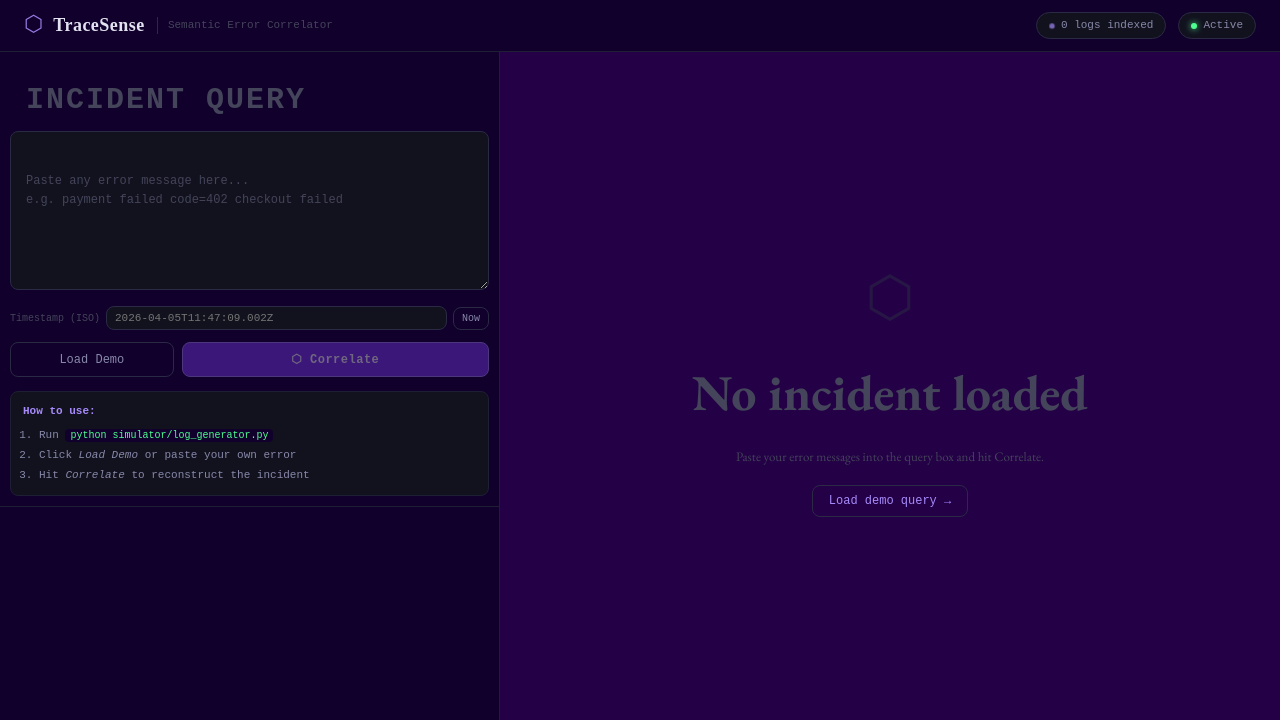
Repository: SaranyaM15/AI_Engineer_Journey
Page: / (app in tracesense/frontend/)
The author's editor kept a copy of each file at every save. The page is drawn from the files as they stood at one save, then again after the next save.
The browser window is 1280 px wide. The pictures show the whole page.
The page's requests for data from a server got no answer. Some web fonts or font styles are not loaded; a fallback is used. The project was rebuilt for these pictures with package versions that can differ from the ones it lists, and the page was loaded fresh each time. No one was signed in, and anything a server would have sent is missing. Also part of the build but not shown: tracesense/frontend/vite.config.js, tracesense/frontend/src/components/Timeline.jsx, tracesense/frontend/src/components/LogFeed.jsx.

Above is the page before, as saved 2026-04-05 19:04:55.

After the next save:
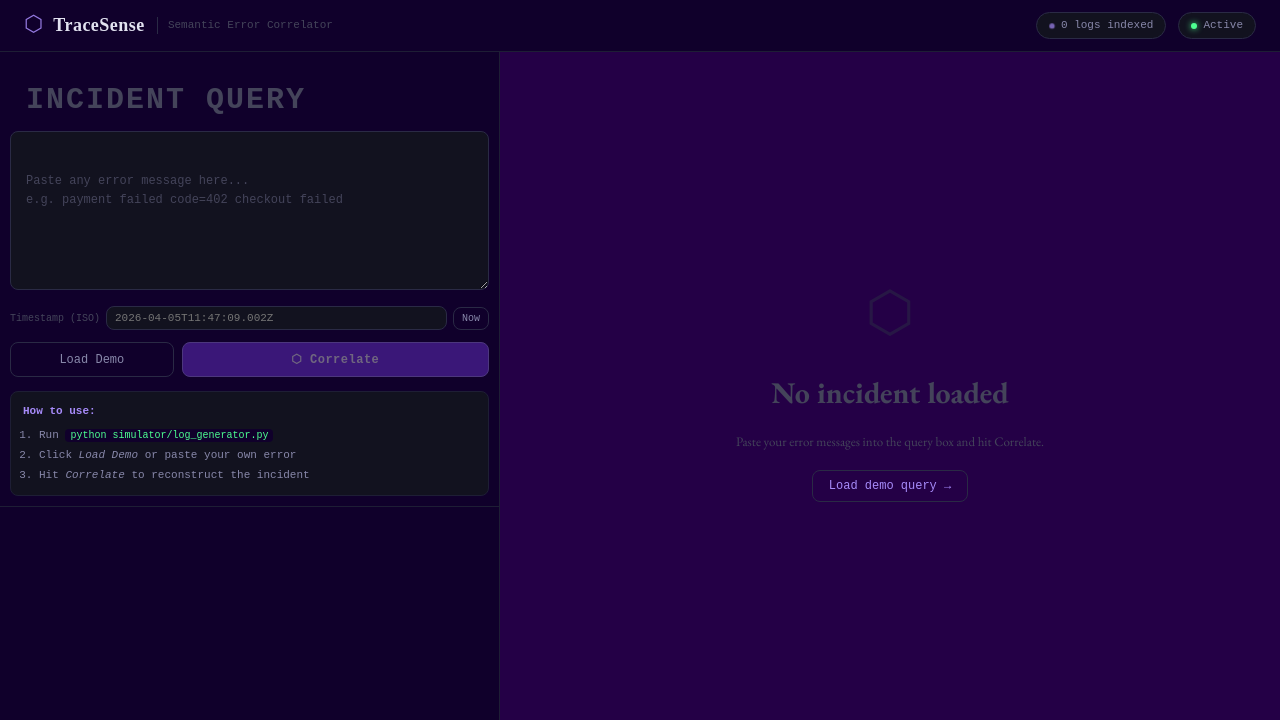
Saved 14 s later.
--- a/tracesense/frontend/src/App.css
+++ b/tracesense/frontend/src/App.css
@@ -439,7 +439,7 @@ body {
  font-family: 'EB Garamond', serif;
   font-weight: 600;
   color:       var(--text3);
-  font-size:   50px;
+  font-size:   30px;
 }
 
 .empty-state p {
